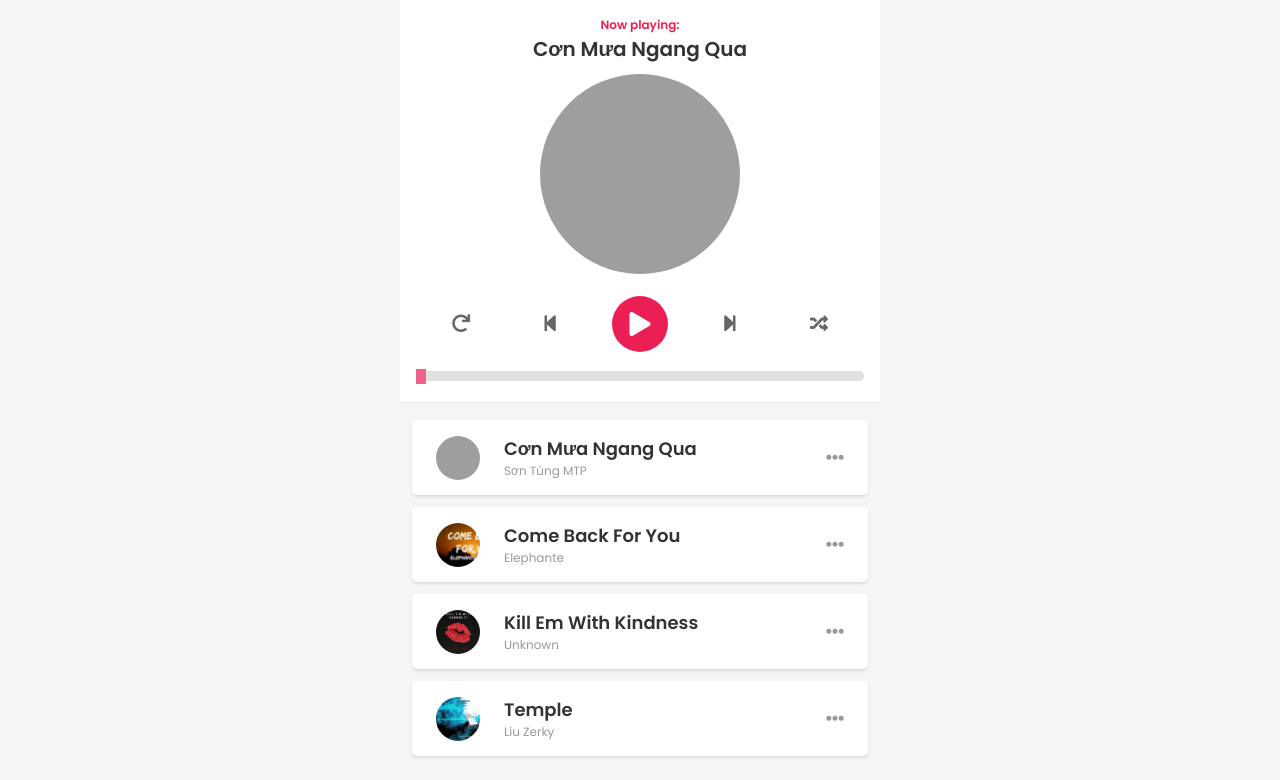
Repository: vandat598/musicPlayer
Page: index.html
An editor plug-in stored every save of this project. The page is shown before and after the next save, followed by the edit.
The browser window is 1280 px wide. The pictures show the whole page.
Pictures or frames that could not be fetched are drawn as grey boxes.

Above is the page before, as saved 2022-04-25 20:43:46.

### index.html
<!DOCTYPE html>
<html lang="en">
  <head>
    <meta charset="UTF-8" />
    <meta name="viewport" content="width=device-width, initial-scale=1.0" />
    <title>Music player</title>
    <link
      rel="stylesheet"
      href="https://cdnjs.cloudflare.com/ajax/libs/font-awesome/5.15.2/css/all.min.css"
      integrity="sha512-HK5fgLBL+xu6dm/Ii3z4xhlSUyZgTT9tuc/hSrtw6uzJOvgRr2a9jyxxT1ely+B+xFAmJKVSTbpM/CuL7qxO8w=="
      crossorigin="anonymous"
    />
    <link rel="preconnect" href="https://fonts.gstatic.com" />
    <link
      href="https://fonts.googleapis.com/css2?family=Poppins:wght@300;400;600&display=swap"
      rel="stylesheet"
    />
    <link rel="stylesheet" href="./assets/css/style.css" />
  </head>
  <body>
    <div class="player">
      <!-- Dashboard -->
      <div class="dashboard">
        <!-- Header -->
        <header>
          <h4>Now playing:</h4>
          <h2>String 57th & 9th</h2>
        </header>

        <!-- CD -->
        <div class="cd">
          <div
            class="cd-thumb"
            style="
              background-image: url('https://i.ytimg.com/vi/jTLhQf5KJSc/maxresdefault.jpg');
            "
          ></div>
        </div>

        <!-- Control -->
        <div class="control">
          <div class="btn btn-repeat">
            <i class="fas fa-redo"></i>
          </div>
          <div class="btn btn-prev">
            <i class="fas fa-step-backward"></i>
          </div>
          <div class="btn btn-toggle-play">
            <i class="fas fa-pause icon-pause"></i>
            <i class="fas fa-play icon-play"></i>
          </div>
          <div class="btn btn-next">
            <i class="fas fa-step-forward"></i>
          </div>
          <div class="btn btn-random">
            <i class="fas fa-random"></i>
          </div>
        </div>

        <input
          id="progress"
          class="progress"
          type="range"
          value="0"
          step="1"
          min="0"
          max="100"
        />

        <audio id="audio" src=""></audio>
      </div>

      <!-- Playlist -->
      <div class="playlist">
        <div class="song">
          <div
            class="thumb"
            style="
              background-image: url('https://i.ytimg.com/vi/jTLhQf5KJSc/maxresdefault.jpg');
            "
          ></div>
          <div class="body">
            <h3 class="title">Music name</h3>
            <p class="author">Singer</p>
          </div>
          <div class="option">
            <i class="fas fa-ellipsis-h"></i>
          </div>
        </div>
        <div class="song">
          <div
            class="thumb"
            style="
              background-image: url('https://i.ytimg.com/vi/jTLhQf5KJSc/maxresdefault.jpg');
            "
          ></div>
          <div class="body">
            <h3 class="title">Music name</h3>
            <p class="author">Singer</p>
          </div>
          <div class="option">
            <i class="fas fa-ellipsis-h"></i>
          </div>
        </div>
        <div class="song">
          <div
            class="thumb"
            style="
              background-image: url('https://i.ytimg.com/vi/jTLhQf5KJSc/maxresdefault.jpg');
            "
          ></div>
          <div class="body">
            <h3 class="title">Music name</h3>
            <p class="author">Singer</p>
          </div>
          <div class="option">
            <i class="fas fa-ellipsis-h"></i>
          </div>
        </div>
      </div>
    </div>

    <script>
      /*
        done 1. Render songs
        done 2. Scroll top
        3. Play / pause / seek
        4. CD rotate
        5. Next / prev
        6. Random
        7. Next / repeat when ended
        8. Active song
        9. Scroll active song into view
        10. play song when click
      */

      const $ = document.querySelector.bind(document);
      const $$ = document.querySelectorAll.bind(document);

      const player = $('.player');
      const cd = $('.cd');
      const heading = $('header h2');
      const cdThumb = $('.cd-thumb');
      const audio = $('#audio');
      const playBtn = $('.btn-toggle-play');
      const progress = $('#progress');
      const nextBtn = $('.btn-next');
      const prevBtn = $('.btn-prev');

      const app = {
        currentIndex: 0,
        isPlaying: false,
        songs: [
          {
            name: 'Cơn Mưa Ngang Qua',
            singer: 'Sơn Tùng MTP',
            path: './assets/music/ConMuaNgangQua SonTungMTP 2782444.mp3',
            image: './assets/img/MTP.png',
          },
          {
            name: 'Come Back For You',
            singer: 'Elephante',
            path: './assets/music/Elephante  Come Back For You feat Matluck.mp3',
            image: './assets/img/comBackForYou.png',
          },
          {
            name: 'Kill Em With Kindness',
            singer: 'Unknown',
            path: './assets/music/Kill Em With Kindness  Remix   Nhạc Tik Tok Gây Nghiện.mp3',
            image: './assets/img/KillEmWithKindness.png',
          },
          {
            name: 'Temple',
            singer: 'Liu Zerky',
            path: './assets/music/Temple  Liu  Zerky  Nhạc Nền Cực Hot TikTok Trung Quốc Gây Nghiện  Douyin抖音.mp3',
            image: './assets/img/Temple.png',
          },
        ],
        render() {
          const htmls = this.songs.map(song => {
            return `
              <div class="song">
                <div class="thumb" style="background-image: url('${song.image}')">
                </div>
                <div class="body">
                  <h3 class="title">${song.name}</h3>
                  <p class="author">${song.singer}</p>
                </div>
                <div class="option">
                  <i class="fa fa-ellipsis-h"></i>
                </div>
              </div>
            `;
          });
          $('.playlist').innerHTML = htmls.join('');
        },
        defineProperties() {
          // Search google xem sytax defineProperty
          Object.defineProperty(this, 'currentSong', {
            get() {
              return this.songs[this.currentIndex];
            },
          });
        },
        handleEvent() {
          const _this = this;
          const cdWidth = cd.offsetWidth;

          // xử lý CD quay / dừng
          const cdThumbAnimate = cdThumb.animate(
            [{ transform: 'rotate(360deg)' }],
            {
              duration: 10000,
              iterations: Infinity,
            }
          );
          cdThumbAnimate.pause();

          // handle scroll
          document.onscroll = function () {
            const scrollTop =
              window.scrollY || document.documentElement.scrollTop;

            const newCdWidth = cdWidth - scrollTop;

            cd.style.width = newCdWidth > 0 ? newCdWidth + 'px' : 0;
            cd.style.opacity = newCdWidth / cdWidth;
          };

          // handle click play button

          playBtn.onclick = function () {
            if (_this.isPlaying) {
              audio.pause();
            } else {
              audio.play();
            }
          };

          // Khi song được play
          audio.onplay = function () {
            _this.isPlaying = true;
            player.classList.add('playing');
            cdThumbAnimate.play();
          };

          // Khi song pause
          audio.onpause = function () {
            _this.isPlaying = false;
            player.classList.remove('playing');
            cdThumbAnimate.pause();
          };

          // Khi tiến độ bài hát thay đổi
          audio.ontimeupdate = function () {
            if (audio.duration) {
              const progressPercent = Math.floor(
                (audio.currentTime / audio.duration) * 100
              );
              progress.value = progressPercent;
            }
          };

          // Xử lý khi tua bài hát
          progress.oninput = function (e) {
            const seekTime = (audio.duration / 100) * e.target.value;
            audio.currentTime = seekTime;
          };

          // Next song
          nextBtn.onclick = function () {
            _this.nextSong();
            audio.play();
          };
          // Prev song
          prevBtn.onclick = function () {
            _this.prevSong();
            audio.play();
          };
        },
        loadCurrentSong() {
          heading.textContent = this.currentSong.name;
          cdThumb.style.backgroundImage = `url('${this.currentSong.image}')`;
          audio.src = this.currentSong.path;
        },
        nextSong() {
          this.currentIndex++;
          if (this.currentIndex >= this.songs.length) {
            this.currentIndex = 0;
          }
          this.loadCurrentSong();
        },
        prevSong() {
          this.currentIndex--;
          if (this.currentIndex < 0) {
            this.currentIndex = this.songs.length - 1;
          }
          this.loadCurrentSong();
        },
        start() {
          this.defineProperties();
          this.handleEvent();
          this.loadCurrentSong();

          this.render();
        },
      };

      app.start();
    </script>
  </body>
</html>

### assets/css/style.css
:root {
  --primary-color: #ec1f55;
  --text-color: #333;
}

* {
  padding: 0;
  margin: 0;
  box-sizing: inherit;
}

body {
  background-color: #f5f5f5;
}

html {
  box-sizing: border-box;
  font-family: 'Poppins', sans-serif;
}

.player {
  position: relative;
  max-width: 480px;
  margin: 0 auto;
}

.player .icon-pause {
  display: none;
}

.player.playing .icon-pause {
  display: inline-block;
}

.player.playing .icon-play {
  display: none;
}

.dashboard {
  padding: 16px 16px 14px;
  background-color: #fff;
  position: fixed;
  top: 0;
  width: 100%;
  max-width: 480px;
  border-bottom: 1px solid #ebebeb;
}

/* HEADER */
header {
  text-align: center;
  margin-bottom: 10px;
}

header h4 {
  color: var(--primary-color);
  font-size: 12px;
}

header h2 {
  color: var(--text-color);
  font-size: 20px;
}

/* CD */
.cd {
  display: flex;
  margin: auto;
  width: 200px;
}

.cd-thumb {
  width: 100%;
  padding-top: 100%;
  border-radius: 50%;
  background-color: #333;
  background-size: cover;
  margin: auto;
}

/* CONTROL */
.control {
  display: flex;
  align-items: center;
  justify-content: space-around;
  padding: 18px 0 8px 0;
}

.control .btn {
  color: #666;
  padding: 18px;
  font-size: 18px;
}

.control .btn.active {
  color: var(--primary-color);
}

.control .btn-toggle-play {
  width: 56px;
  height: 56px;
  border-radius: 50%;
  font-size: 24px;
  color: #fff;
  display: flex;
  align-items: center;
  justify-content: center;
  background-color: var(--primary-color);
}

.progress {
  width: 100%;
  -webkit-appearance: none;
  height: 10px;
  background: #d3d3d3;
  outline: none;
  opacity: 0.7;
  -webkit-transition: 0.2s;
  transition: opacity 0.2s;
  border-radius: 30px;
}

.progress::-webkit-slider-thumb {
  -webkit-appearance: none;
  appearance: none;
  width: 10px;
  height: 15px;
  background-color: var(--primary-color);
  cursor: pointer;
}

/* PLAYLIST */
.playlist {
  margin-top: 408px;
  padding: 12px;
}

.song {
  display: flex;
  align-items: center;
  margin-bottom: 12px;
  background-color: #fff;
  padding: 8px 16px;
  border-radius: 5px;
  box-shadow: 0 2px 3px rgba(0, 0, 0, 0.1);
}

.song.active {
  background-color: var(--primary-color);
}

.song:active {
  opacity: 0.8;
}

.song.active .option,
.song.active .author,
.song.active .title {
  color: #fff;
}

.song .thumb {
  width: 44px;
  height: 44px;
  border-radius: 50%;
  background-size: cover;
  margin: 0 8px;
}

.song .body {
  flex: 1;
  padding: 0 16px;
}

.song .title {
  font-size: 18px;
  color: var(--text-color);
}

.song .author {
  font-size: 12px;
  color: #999;
}

.song .option {
  padding: 16px 8px;
  color: #999;
  font-size: 18px;
}

After the next save:
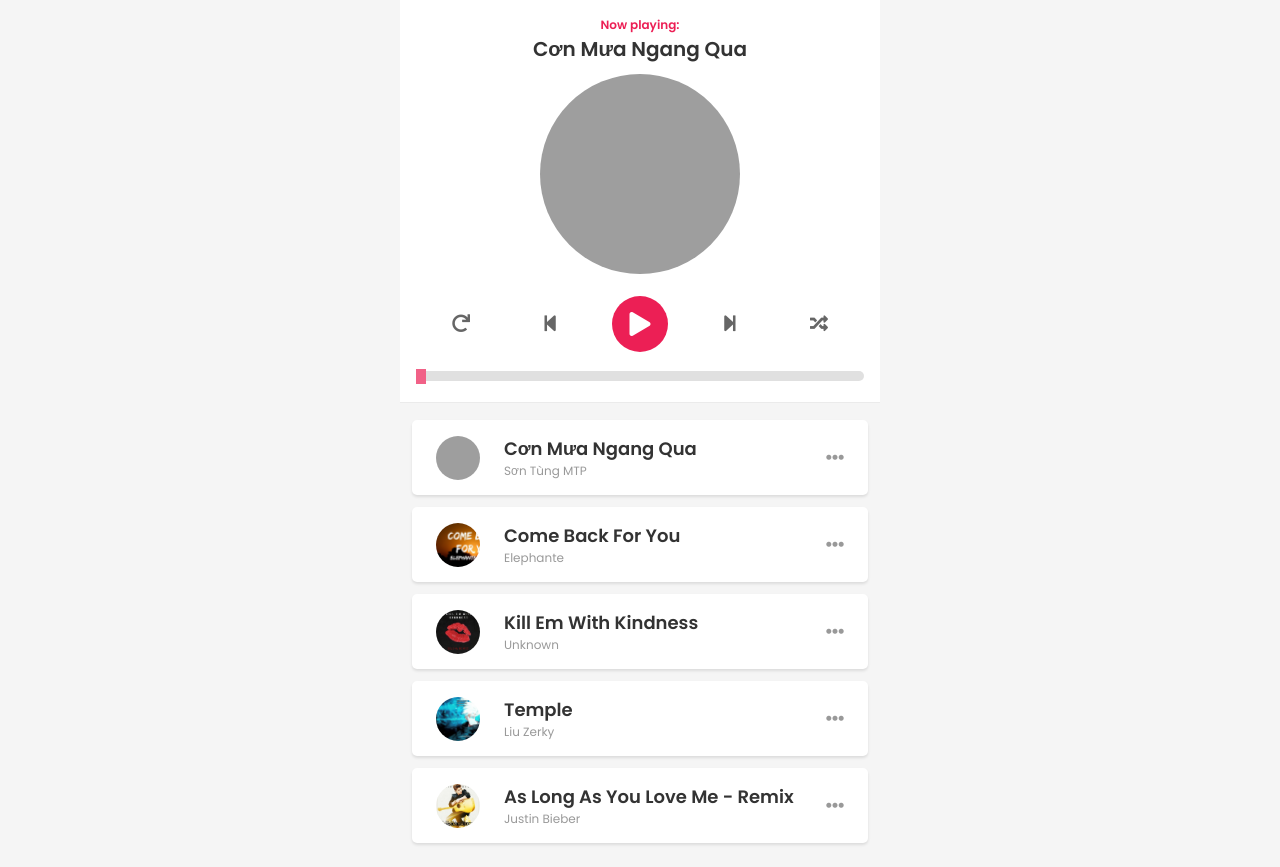
Saved 5 min 24 s later.
--- a/index.html
+++ b/index.html
@@ -175,6 +175,13 @@
             path: './assets/music/Temple  Liu  Zerky  Nhạc Nền Cực Hot TikTok Trung Quốc Gây Nghiện  Douyin抖音.mp3',
             image: './assets/img/Temple.png',
           },
+          {
+            name: 'As Long As You Love Me - Remix',
+            singer: 'Justin Bieber',
+            path: './assets/music/As Long As You Love Me  Justin Bieber.mp3',
+            image:
+              './assets/img/As_Long_As_You_Love_Me_(feat._Big_Sean)_-_Single.jpg',
+          },
         ],
         render() {
           const htmls = this.songs.map(song => {
